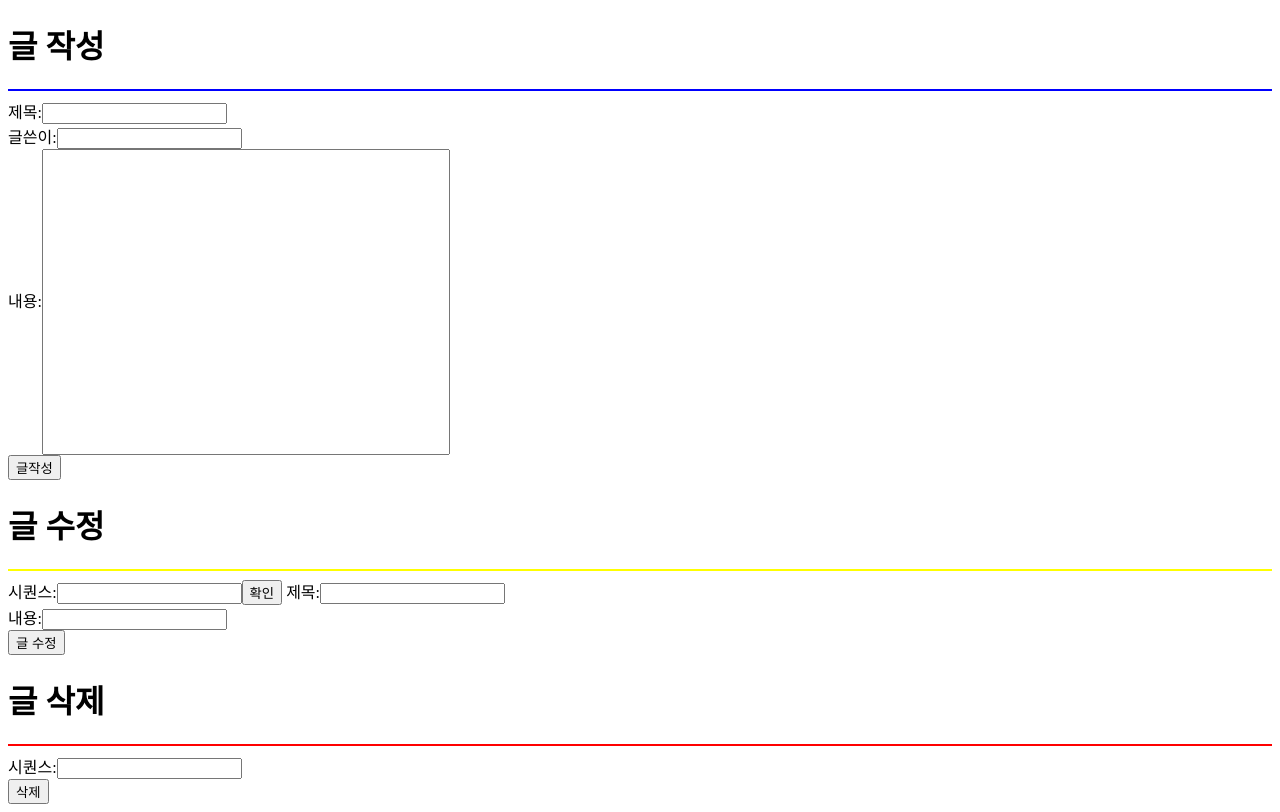
Repository: Yusubin/workEx
Page: test00/src/main/webapp/index.html
The author's editor kept a copy of each file at every save. The page is drawn from the files as they stood at one save, then again after the next save.
The browser window is 1280 px wide. The pictures show the whole page.

Above is the page before, as saved 2022-02-15 01:52:41.

After the next save:
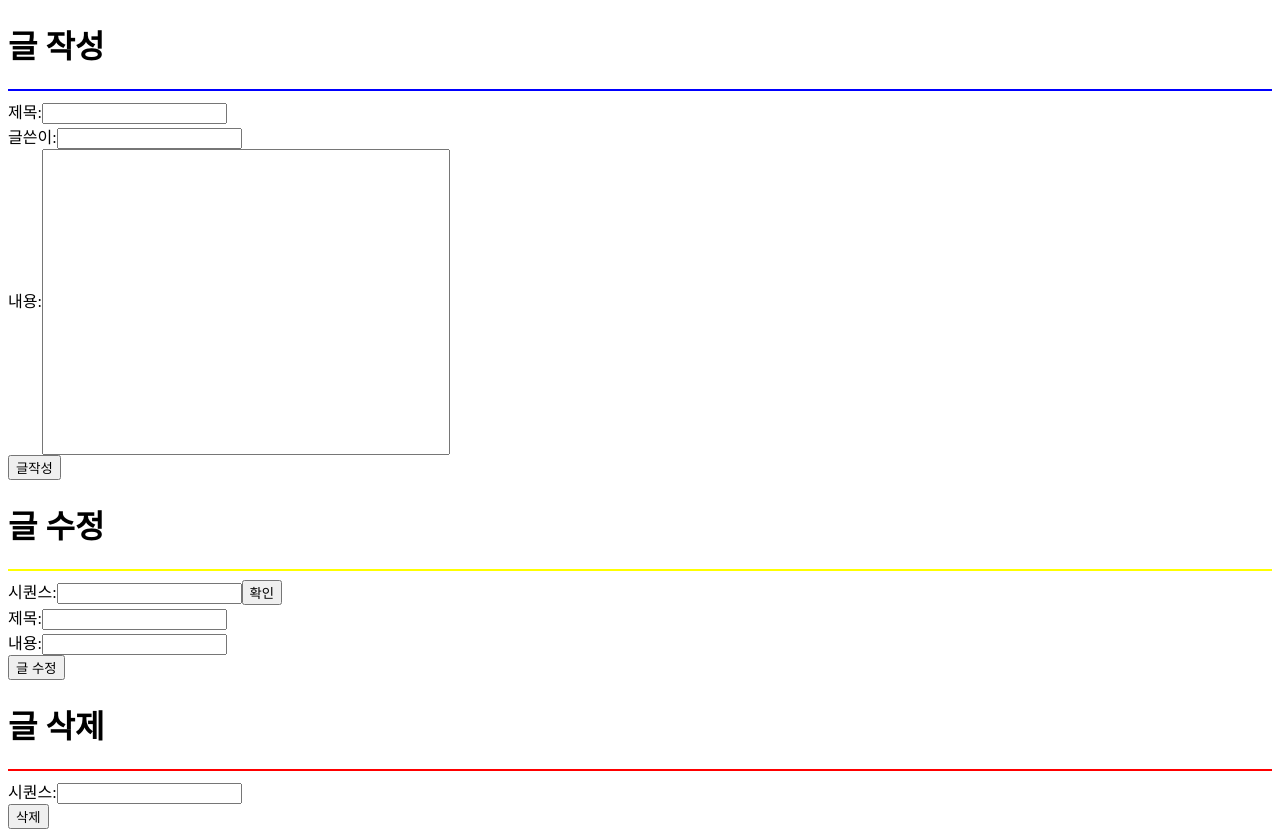
Saved 16 s later.
--- a/test00/src/main/webapp/index.html
+++ b/test00/src/main/webapp/index.html
@@ -19,7 +19,7 @@
 	<h1>글 수정</h1>
 	<hr color="yellow">
 	<form action="update.jsp">
-	시퀀스:<input type="text" name="idx"><button>확인</button>
+	시퀀스:<input type="text" name="idx"><button>확인</button><br>
 	제목:<input type="text" name="title"><br>
 	내용:<input type="text" name="content"><br>
 	<button>글 수정</button>
